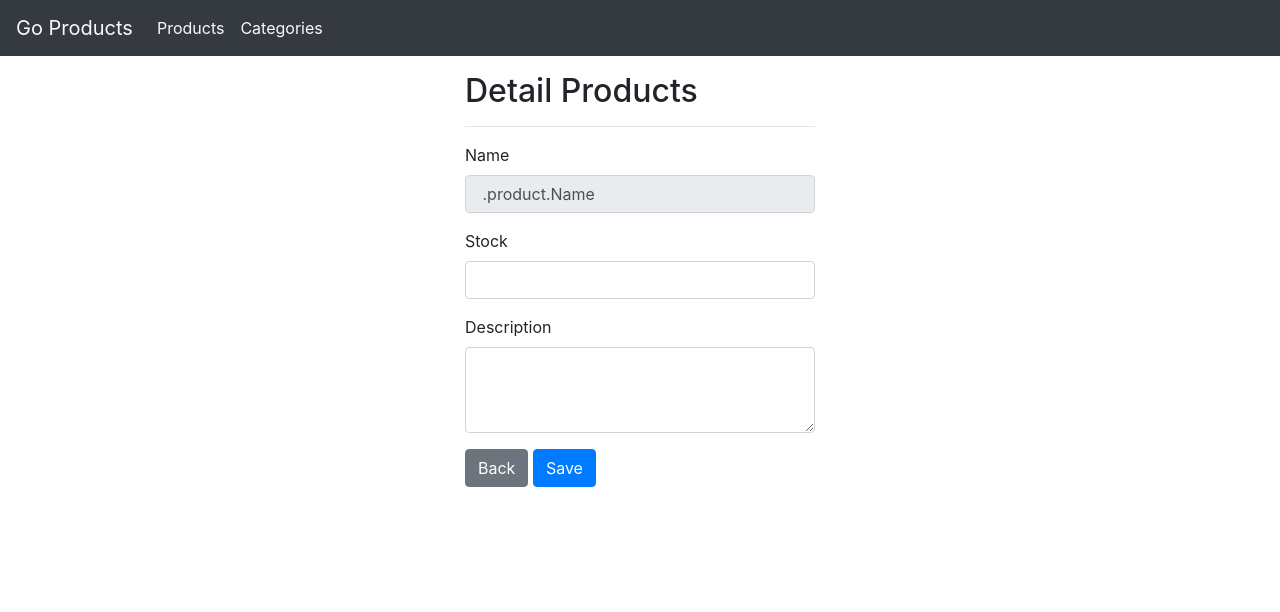
Repository: Nouthemoran/go-web-native-crud
Page: views/product/detail.html
The author's editor kept a copy of each file at every save. The page is drawn from the files as they stood at one save, then again after the next save.
The browser window is 1280 px wide. The pictures show the whole page.

Above is the page before, as saved 2023-10-11 11:39:11.

After the next save:
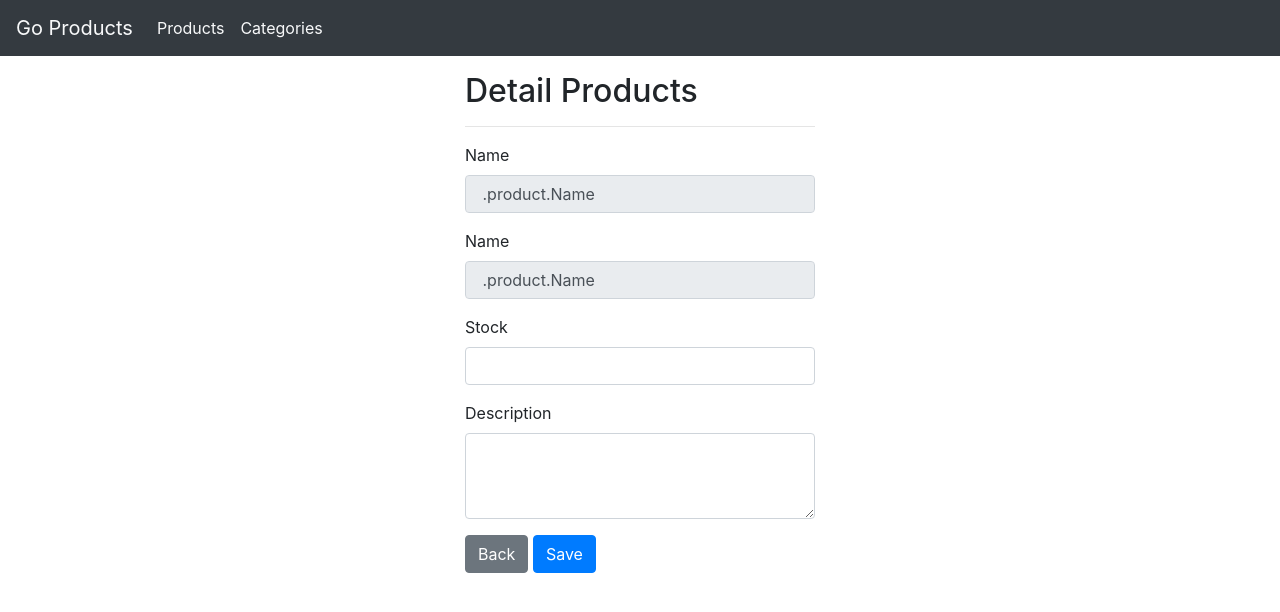
Saved 16 s later.
--- a/views/product/detail.html
+++ b/views/product/detail.html
@@ -41,6 +41,10 @@
                         <input type="text" class="form-control" name="name" autocomplete="off" value=" .product.Name " disabled>
                     </div>
                     <div class="form-group">
+                        <label>Name</label>
+                        <input type="text" class="form-control" name="name" autocomplete="off" value=" .product.Name " disabled>
+                    </div>
+                    <div class="form-group">
                         <label>Stock</label>
                         <input type="number" class="form-control" name="stock" autocomplete="off">
                     </div>
